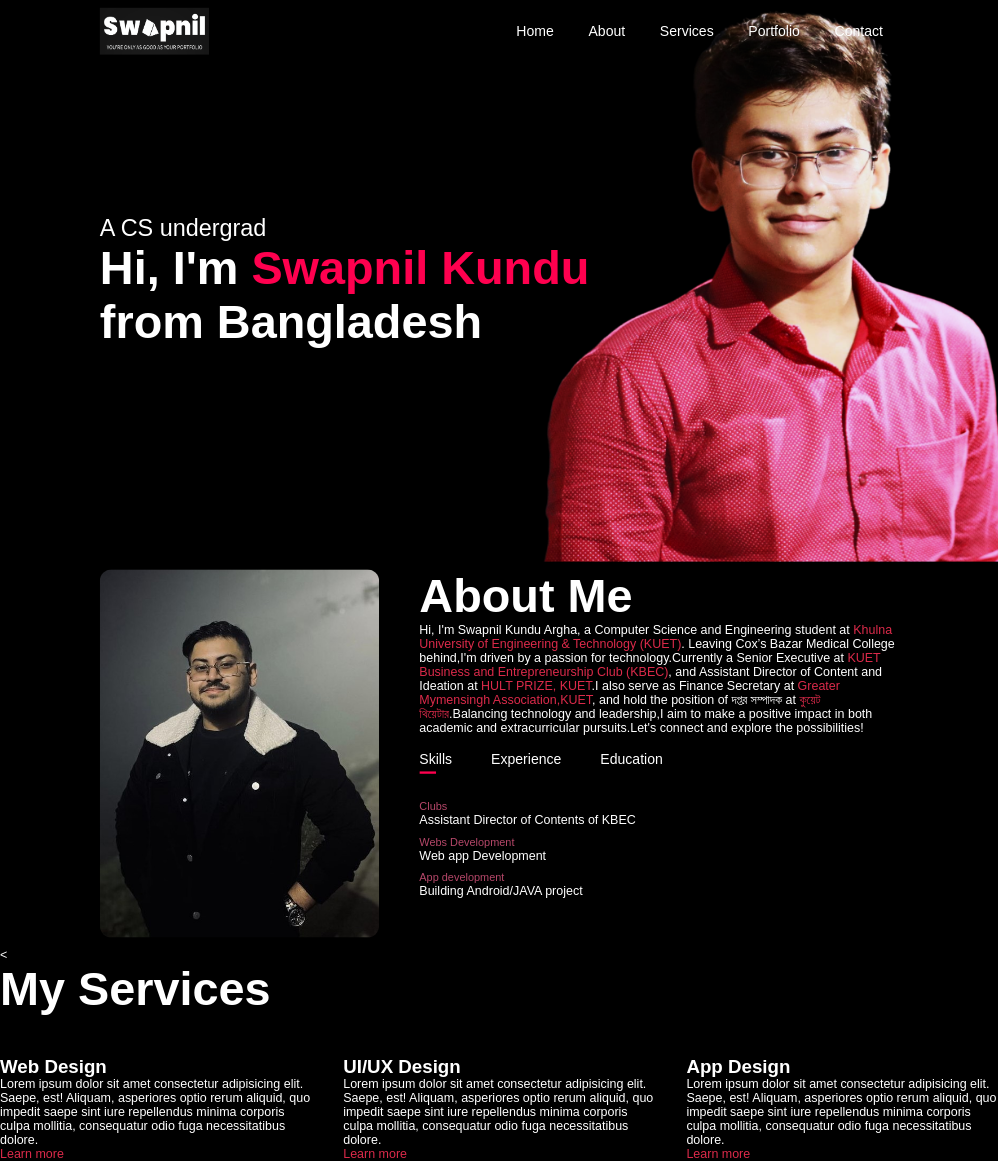
Repository: SwapnilKundu/portfolio
Page: index.html
An editor plug-in stored every save of this project. The page is shown before and after a run of saves, followed by the edit.
The browser window is 1280 px wide. The pictures show the whole page, at 78% of full size.

Above is the page before, as saved 2024-01-20 00:49:54.

After the next 3 saves:
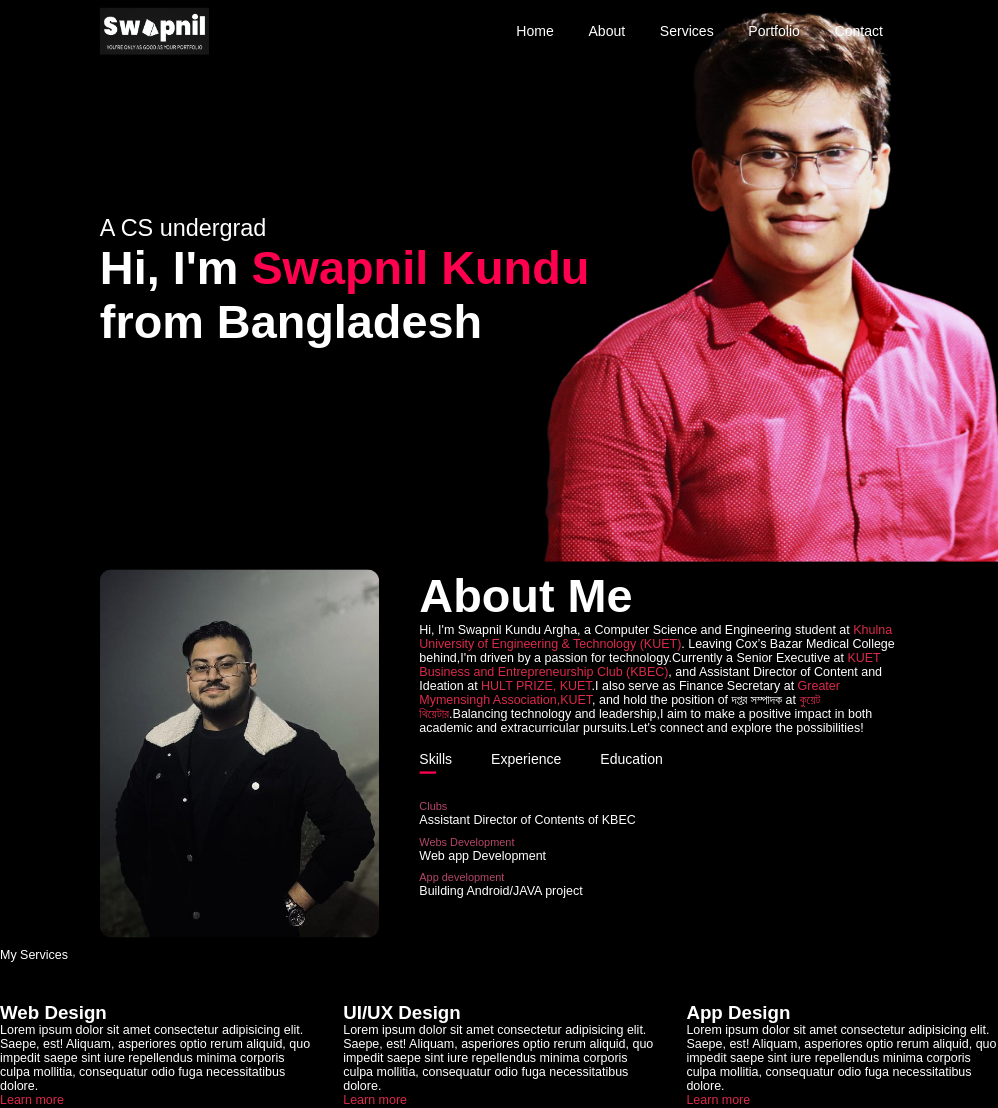
The 3 saves are shown as one change because they came seconds apart.
The last was saved 17 s later.
--- a/index.html
+++ b/index.html
@@ -71,7 +71,7 @@
   </div>
 
   <div id="Services">
-    <
+    <div class =""
     <h1 class="sub-title">My Services</h1>
     <div class ="services-list">
 
